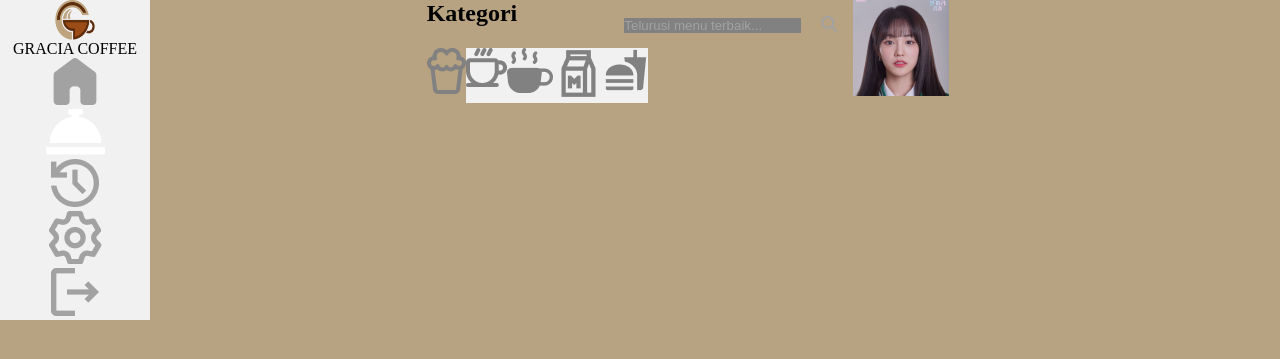
Repository: DanielChuaaa/sbd2
Page: index.html
An editor plug-in stored every save of this project. The page is shown before and after a run of saves, followed by the edit.
The browser window is 1280 px wide. The pictures show the whole page.
Some web libraries are served in a nearby version.

Above is the page before, as saved 2023-10-20 10:34:10.

After the next 2 saves:
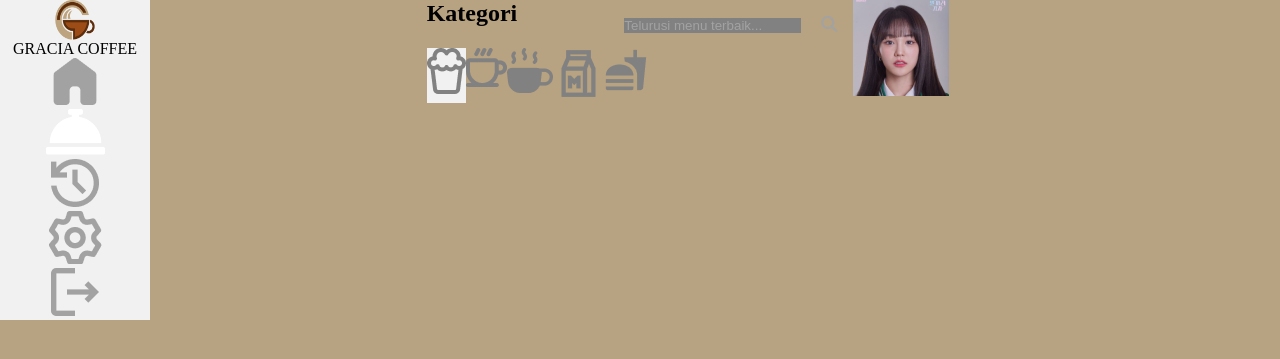
The 2 saves are shown as one change because they came seconds apart.
The last was saved 16 s later.
--- a/style.css
+++ b/style.css
@@ -67,6 +67,6 @@ body{
     display: flex;
 }
 
-.iconMenu{
+.iconMenu1{
     background: var(--clr-neutral-500);
 }
